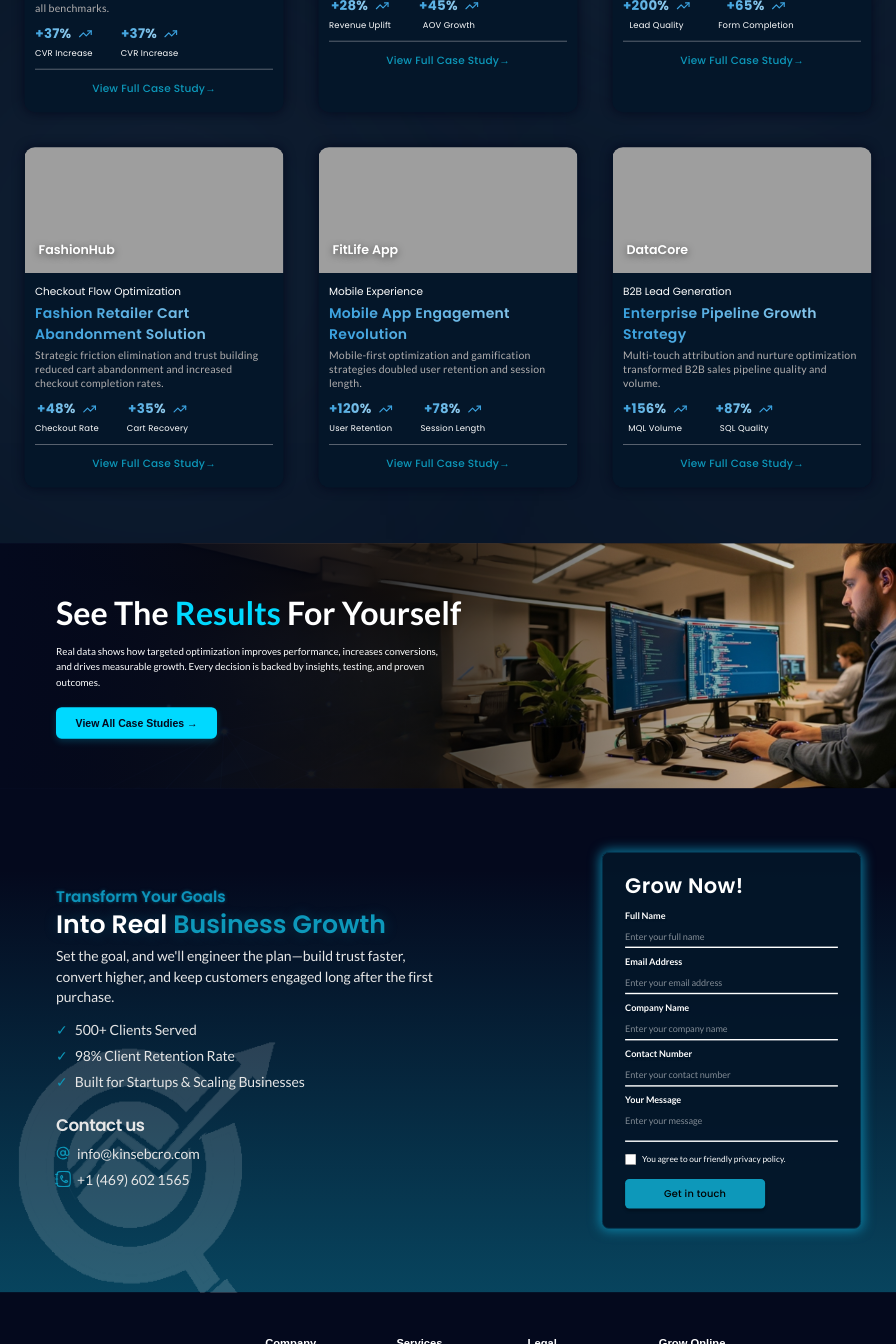
Repository: YahyaK01/Kinseb-cro
Page: /case-study
The author's editor kept a copy of each file at every save. The page is drawn from the files as they stood at one save, then again after the next save.
The browser window is 1280 px wide. The pictures show the part of the page from y = 1545 to 3465 px (the page is 3799 px tall), at 70% of full size.
Pictures or frames that could not be fetched are drawn as grey boxes. The project was rebuilt for these pictures with package versions that can differ from the ones it lists, and the page was loaded fresh each time. Also part of the build but not shown: src/components/FAQ.jsx, src/components/CTA.jsx, src/components/MetricsSection.jsx, src/components/WhyCROMatter.jsx, src/components/Processsection.jsx, src/components/Hero.jsx, src/components/marquee.jsx, src/components/CEO.jsx and 41 more.

Above is the page before, as saved 2025-12-15 12:08:38.

### public/index.html
<!DOCTYPE html>
<html lang="en">
  <head>
    <meta charset="utf-8" />
    <link rel="icon" href="/images/website-logo.png" />
    <meta name="viewport" content="width=device-width, initial-scale=1" />
    <meta name="theme-color" content="#000000" />
    <meta
      name="description"
      content="Kinseb CRO - Your trusted partner for Conversion Rate Optimization. We specialize in data-driven CRO strategies, A/B testing, user experience optimization, and conversion funnel analysis to maximize your website's performance and ROI."
    />
    <meta name="keywords" content="conversion rate optimization, CRO services, A/B testing, conversion funnel optimization, user experience optimization, website optimization, Kinseb CRO, landing page optimization, conversion strategy, increase conversions" />
    <meta name="author" content="Kinseb CRO" />
    <meta property="og:title" content="Kinseb CRO - Conversion Rate Optimization Experts" />
    <meta property="og:description" content="Your trusted partner for data-driven Conversion Rate Optimization. We help businesses maximize their website conversions through strategic testing and optimization." />
    <meta property="og:image" content="/images/website-logo.png" />
    <meta property="og:type" content="website" />
    <meta name="twitter:card" content="summary_large_image" />
    <meta name="twitter:title" content="Kinseb CRO - Conversion Rate Optimization Experts" />
    <meta name="twitter:description" content="Your trusted partner for data-driven Conversion Rate Optimization. Turn more visitors into customers with strategic testing and optimization." />
    <meta name="twitter:image" content="/images/logo.png" />
    <link rel="apple-touch-icon" href="/images/logo.png" />

    <!-- Preconnect to Google Fonts (speeds up font loading) -->
    <link rel="preconnect" href="https://fonts.googleapis.com">
    <link rel="preconnect" href="https://fonts.gstatic.com" crossorigin>

    <!-- Async load fonts (non-blocking - won't delay page render) -->
    <link rel="preload" as="style" href="https://fonts.googleapis.com/css2?family=Poppins:wght@300;400;500;600;700&display=swap" onload="this.onload=null;this.rel='stylesheet'">
    <link rel="preload" as="style" href="https://fonts.googleapis.com/css2?family=Lato:wght@100;300;400;700;900&display=swap" onload="this.onload=null;this.rel='stylesheet'">

    <!-- Fallback for browsers without JavaScript -->
    <noscript>
      <link rel="stylesheet" href="https://fonts.googleapis.com/css2?family=Poppins:wght@300;400;500;600;700&display=swap">
      <link rel="stylesheet" href="https://fonts.googleapis.com/css2?family=Lato:wght@100;300;400;700;900&display=swap">
    </noscript>

    <!--
      manifest.json provides metadata used when your web app is installed on a
      user's mobile device or desktop. See https://developers.google.com/web/fundamentals/web-app-manifest/
    -->
    <link rel="manifest" href="%PUBLIC_URL%/manifest.json" />
    <!--
      Notice the use of %PUBLIC_URL% in the tags above.
      It will be replaced with the URL of the `public` folder during the build.
      Only files inside the `public` folder can be referenced from the HTML.

      Unlike "/favicon.ico" or "favicon.ico", "%PUBLIC_URL%/favicon.ico" will
      work correctly both with client-side routing and a non-root public URL.
      Learn how to configure a non-root public URL by running `npm run build`.
    -->
    <title>Kinseb CRO - Conversion Rate Optimization Experts</title>
  </head>
  <body>
    <noscript>You need to enable JavaScript to run this app.</noscript>
    <div id="root"></div>
    <!--
      This HTML file is a template.
      If you open it directly in the browser, you will see an empty page.

      You can add webfonts, meta tags, or analytics to this file.
      The build step will place the bundled scripts into the <body> tag.

      To begin the development, run `npm start` or `yarn start`.
      To create a production bundle, use `npm run build` or `yarn build`.
    -->
  </body>
</html>

### src/components/CaseStudiesStats.jsx
import React, { useState, useEffect, useRef } from 'react';

const MetricsSection2 = () => {
  const [isVisible, setIsVisible] = useState(false);
  const [animatedValues, setAnimatedValues] = useState([0, 0, 0, 0]);
  const sectionRef = useRef(null);
  const hasAnimated = useRef(false);

  const metrics = [
    {
      icon: 'images/23.png',
      value: 250,
      prefix: '+',
      suffix: '%',
      label: 'Conversion Growth'
    },
    {
      icon: 'images/24.png',
      value: 60,
      prefix: '+',
      suffix: '%',
      label: 'Lead Generation'
    },
    {
      icon: 'images/25.png',
      value: 45,
      prefix: '+',
      suffix: '%',
      label: 'Reduced Drop-Off'
    },
    {
      icon: 'images/26.png',
      value: 12,
      prefix: '$',
      suffix: 'M+',
      label: 'Client Revenue'
    }
  ];

  useEffect(() => {
    const observer = new IntersectionObserver(
      (entries) => {
        entries.forEach((entry) => {
          if (entry.isIntersecting && !hasAnimated.current) {
            setIsVisible(true);
            hasAnimated.current = true;
            animateNumbers();
          }
        });
      },
      { threshold: 0.3 }
    );

    if (sectionRef.current) {
      observer.observe(sectionRef.current);
    }

    return () => {
      if (sectionRef.current) {
        observer.unobserve(sectionRef.current);
      }
    };
  }, []);

  const animateNumbers = () => {
    const duration = 2000;
    const steps = 60;
    const increment = duration / steps;

    metrics.forEach((metric, index) => {
      let currentStep = 0;
      const stepValue = metric.value / steps;

      const timer = setInterval(() => {
        currentStep++;
        const newValue = Math.min(
          Math.floor(stepValue * currentStep),
          metric.value
        );

        setAnimatedValues((prev) => {
          const newValues = [...prev];
          newValues[index] = newValue;
          return newValues;
        });

        if (currentStep >= steps) {
          clearInterval(timer);
        }
      }, increment);
    });
  };

  const containerStyle = {
    position: 'relative',
    display: 'flex',
    flexDirection: 'column',
    justifyContent: 'center',
    alignItems: 'center',
    padding: '50px 20px',
    minHeight: '200px',
    width: '100%',
    boxSizing: 'border-box',
    overflow: 'hidden'
  };

  const backgroundStyle = {
    position: 'absolute',
    top: 0,
    left: 0,
    right: 0,
    bottom: 0,
    backgroundColor: '#04091d',
    backgroundImage: 'linear-gradient(0deg, rgba(4, 9, 29, 0.9), rgba(4, 9, 29, 0.9)), url(images/27.jpg)',
    backgroundSize: 'cover',
    backgroundPosition: 'center',
    backgroundRepeat: 'no-repeat',
    zIndex: 0
  };

  const metricsContainerStyle = {
    position: 'relative',
    zIndex: 1,
    display: 'flex',
    flexDirection: 'row',
    flexWrap: 'wrap',
    alignItems: 'center',
    justifyContent: 'center',
    gap: '40px',
    maxWidth: '1200px',
    width: '100%',
    padding: '0 20px',
    boxSizing: 'border-box'
  };

  const metricItemStyle = {
    display: 'flex',
    flexDirection: 'row',
    justifyContent: 'center',
    alignItems: 'center',
    gap: '15px',
    minWidth: '200px',
    opacity: isVisible ? 1 : 0,
    transform: isVisible ? 'translateY(0)' : 'translateY(20px)',
    transition: 'all 0.8s ease-out',
    flex: '1 1 auto'
  };

  const iconStyle = {
    width: '80px',
    height: '80px',
    borderRadius: '10px',
    objectFit: 'contain',
    flexShrink: 0,
    boxShadow: 'none',
    backgroundColor: 'transparent'
  };

  const textContainerStyle = {
    display: 'flex',
    flexDirection: 'column',
    justifyContent: 'center',
    alignItems: 'flex-start',
    gap: '5px'
  };

  const valueStyle = {
    fontFamily: "'Poppins', sans-serif",
    fontWeight: 600,
    fontSize: '40px',
    lineHeight: '1.2',
    letterSpacing: '-0.03em',
    textTransform: 'capitalize',
    color: '#FFFFFF',
    margin: 0,
    animation: isVisible ? 'fadeInUp 1s ease-out' : 'none'
  };

  const labelStyle = {
    fontFamily: "'Lato', sans-serif",
    fontWeight: 600,
    fontSize: '18px',
    lineHeight: '1.2',
    color: '#FFFFFF',
    margin: 0,
    whiteSpace: 'nowrap',
    animation: isVisible ? 'fadeInUp 1.2s ease-out' : 'none'
  };

  const styleSheet = document.styleSheets[0];
  const keyframes = `
    @keyframes fadeInUp {
      from {
        opacity: 0;
        transform: translateY(20px);
      }
      to {
        opacity: 1;
        transform: translateY(0);
      }
    }
  `;

  useEffect(() => {
    // Add dark background to body
    document.body.style.backgroundColor = '#04091d';

    try {
      styleSheet.insertRule(keyframes, styleSheet.cssRules.length);
    } catch (e) {
      // Rule might already exist
    }
  }, []);

  const getResponsiveStyles = () => {
    const width = window.innerWidth;

    if (width <= 768) {
      return {
        value: { ...valueStyle, fontSize: '32px' },
        label: { ...labelStyle, fontSize: '16px' },
        icon: { ...iconStyle, width: '60px', height: '60px' },
        gap: '50px',
        itemGap: '12px'
      };
    } else if (width <= 1024) {
      return {
        value: { ...valueStyle, fontSize: '36px' },
        label: { ...labelStyle, fontSize: '17px' },
        icon: { ...iconStyle, width: '70px', height: '70px' },
        gap: '30px',
        itemGap: '13px'
      };
    }

    return {
      value: valueStyle,
      label: labelStyle,
      icon: iconStyle,
      gap: '40px',
      itemGap: '15px'
    };
  };

  const [responsiveStyles, setResponsiveStyles] = useState(getResponsiveStyles());

  useEffect(() => {
    const handleResize = () => {
      setResponsiveStyles(getResponsiveStyles());
    };

    window.addEventListener('resize', handleResize);
    return () => window.removeEventListener('resize', handleResize);
  }, []);

  return (
    <div ref={sectionRef} style={containerStyle}>
      <div style={backgroundStyle} />
      <div style={{ ...metricsContainerStyle, gap: responsiveStyles.gap }}>
        {metrics.map((metric, index) => (
          <div
            key={index}
            style={{
              ...metricItemStyle,
              transitionDelay: `${index * 0.15}s`,
              gap: responsiveStyles.itemGap
            }}
          >

              <img
              src={metric.icon}
              alt={metric.label}
              style={{
                ...responsiveStyles.icon,
                boxShadow: 'none',
                backgroundColor: 'transparent'
              }}
              onError={(e) => {
                e.target.style.display = 'none';
              }}
            />

            <div style={textContainerStyle}>
              <h2 style={responsiveStyles.value}>
                {metric.prefix}
                {animatedValues[index]}
                {metric.suffix}
              </h2>
              <p style={responsiveStyles.label}>{metric.label}</p>
            </div>
          </div>
        ))}
      </div>
    </div>
  );
};

export default MetricsSection2;

### src/components/CaseStudiesCta.jsx
import { useState, useEffect, useRef } from 'react';

export default function CTASection() {
  const [isVisible, setIsVisible] = useState(false);
  const [isHovered, setIsHovered] = useState(false);
  const [isLoaded, setIsLoaded] = useState(false);
  const componentRef = useRef(null);

  // Detect screen size
  const [isSmallMobile, setIsSmallMobile] = useState(false);
  const [isMediumMobile, setIsMediumMobile] = useState(false);
  const [isTablet, setIsTablet] = useState(false);

  useEffect(() => {
    setIsVisible(true);
  }, []);

  // Handle resize and reset animation if needed
  useEffect(() => {
    const handleResize = () => {
      const newIsSmallMobile = window.innerWidth < 400;
      const newIsMediumMobile = window.innerWidth >= 400 && window.innerWidth < 768;
      const newIsTablet = window.innerWidth >= 768 && window.innerWidth < 1024;

      // Check if screen size category changed
      const sizeChanged =
        newIsSmallMobile !== isSmallMobile ||
        newIsMediumMobile !== isMediumMobile ||
        newIsTablet !== isTablet;

      setIsSmallMobile(newIsSmallMobile);
      setIsMediumMobile(newIsMediumMobile);
      setIsTablet(newIsTablet);

      // Optionally reset animation on significant resize
      if (sizeChanged && isLoaded) {
        setIsLoaded(false);
        setTimeout(() => setIsLoaded(true), 50);
      }
    };

    handleResize();
    window.addEventListener('resize', handleResize);
    return () => window.removeEventListener('resize', handleResize);
  }, [isSmallMobile, isMediumMobile, isTablet, isLoaded]);

  // Intersection Observer for load animation
  useEffect(() => {
    const observer = new IntersectionObserver(
      (entries) => {
        entries.forEach((entry) => {
          if (entry.isIntersecting && !isLoaded) {
            setIsLoaded(true);
          }
        });
      },
      {
        threshold: 0.1,
      }
    );

    if (componentRef.current) {
      observer.observe(componentRef.current);
    }

    return () => {
      if (componentRef.current) {
        observer.unobserve(componentRef.current);
      }
    };
  }, [isLoaded]);

  const handleNavigation = () => {
    window.location.href = '/case-studies';
  };

  const casestudiesctaContainerStyle = {
    position: 'relative',
    width: '100%',
    height: isSmallMobile ? '280px' : isMediumMobile ? '300px' : isTablet ? '320px' : '350px',
    backgroundImage: 'linear-gradient(90deg, #04091D 0%, rgba(0, 0, 0, 0.7) 50%, rgba(0, 0, 0, 0) 100%), url(/images/32.png)',
    backgroundSize: 'cover',
    backgroundPosition: 'center',
    backgroundRepeat: 'no-repeat',
    display: 'flex',
    alignItems: 'center',
    padding: isSmallMobile || isMediumMobile ? '0 15px' : '0 20px',
    overflow: 'hidden'
  };

  const casestudiesctaContentStyle = {
    maxWidth: '1200px',
    margin: '0',
    marginLeft: isSmallMobile || isMediumMobile ? '10px' : '20px',
    width: '100%',
    padding: isSmallMobile || isMediumMobile ? '0 0px' : isTablet ? '0 0px' : '0 40px'
  };

  const casestudiesctaHeadingStyle = {
    fontSize: isSmallMobile ? '25px' : isMediumMobile ? '28px' : isTablet ? '35px' : '46px',
    fontWeight: '700',
    color: '#FFFFFF',
    marginBottom: isSmallMobile || isMediumMobile ? '12px' : '16px',
    lineHeight: '1.2',
    whiteSpace: isSmallMobile || isMediumMobile ? 'normal' : 'nowrap',
    opacity: isLoaded ? 1 : 0,
    transform: isLoaded ? 'translateY(0)' : 'translateY(-20px)',
    transition: 'opacity 0.8s ease-out, transform 0.8s ease-out'
  };

  const casestudiesctaHighlightStyle = {
    color: '#00D9FF',
    fontWeight: '700'
  };

  const casestudiesctaParagraphStyle = {
    fontSize: isSmallMobile ? '11px' : isMediumMobile ? '12px' : isTablet ? '12px' : '14px',
    color: '#FFFFFF',
    lineHeight: '1.6',
    marginBottom: isSmallMobile || isMediumMobile ? '16px' : '24px',
    maxWidth: isSmallMobile ? '89%' : isMediumMobile ? '350px' : isTablet ? '430px' : '570px',
    opacity: isLoaded ? 1 : 0,
    transform: isLoaded ? 'translateY(0)' : 'translateY(-20px)',
    transition: 'opacity 0.8s ease-out 0.2s, transform 0.8s ease-out 0.2s'
  };

  const casestudiesctaButtonStyle = {
    display: 'inline-block',
    padding: isSmallMobile ? '10px 20px' : isMediumMobile ? '11px 22px' : isTablet ? '12px 24px' : '14px 28px',
    backgroundColor: '#00D9FF',
    color: '#04091D',
    fontSize: isSmallMobile ? '11px' : isMediumMobile ? '12px' : isTablet ? '13px' : '15px',
    fontWeight: '600',
    border: 'none',
    borderRadius: '8px',
    cursor: 'pointer',
    textDecoration: 'none',
    transition: 'all 0.3s ease',
    opacity: isLoaded ? 1 : 0,
    transform: isLoaded ? 'translateY(0)' : 'translateY(30px)',
    transitionDelay: '0.4s'
  };

  const casestudiesctaButtonHoverStyle = {
    ...casestudiesctaButtonStyle,
    backgroundColor: isHovered ? '#00B8D4' : '#00D9FF',
    transform: isHovered
      ? (isLoaded ? 'translateY(-2px) scale(1.02)' : 'translateY(30px)')
      : (isLoaded ? 'translateY(0) scale(1)' : 'translateY(30px)'),
    boxShadow: isHovered ? '0 8px 20px rgba(0, 217, 255, 0.3)' : '0 4px 10px rgba(0, 217, 255, 0.2)'
  };

  return (
    <div ref={componentRef} className="casestudiescta-wrapper" style={casestudiesctaContainerStyle}>
      <div className="casestudiescta-content" style={casestudiesctaContentStyle}>
        <h1 className="casestudiescta-heading" style={casestudiesctaHeadingStyle}>
          See The <span className="casestudiescta-highlight" style={casestudiesctaHighlightStyle}>Results</span> For Yourself
        </h1>
        <p className="casestudiescta-paragraph" style={casestudiesctaParagraphStyle}>
          Real data shows how targeted optimization improves performance, increases conversions, and drives measurable growth. Every decision is backed by insights, testing, and proven outcomes.
        </p>
        <button
          className="casestudiescta-button"
          style={casestudiesctaButtonHoverStyle}
          onMouseEnter={() => setIsHovered(true)}
          onMouseLeave={() => setIsHovered(false)}
          onClick={handleNavigation}
        >
          View All Case Studies →
        </button>
      </div>
    </div>
  );
}

Loaded but not shown: src/index.js (common file); src/index.css (common file); src/reportWebVitals.js (common file); src/App.js (29 lines, source omitted); src/utils/slugify.js (17 lines, source omitted); src/Pages/CaseStudyPage.js (19 lines, source omitted); src/components/ContactForm.jsx (880 lines, source omitted); src/components/Navbar.jsx (1029 lines, source omitted); src/components/Footer.jsx (596 lines, source omitted); src/components/CaaseStudiesServices.jsx (429 lines, source omitted); src/components/casestudieshero.jsx (294 lines, source omitted)

After the next save:
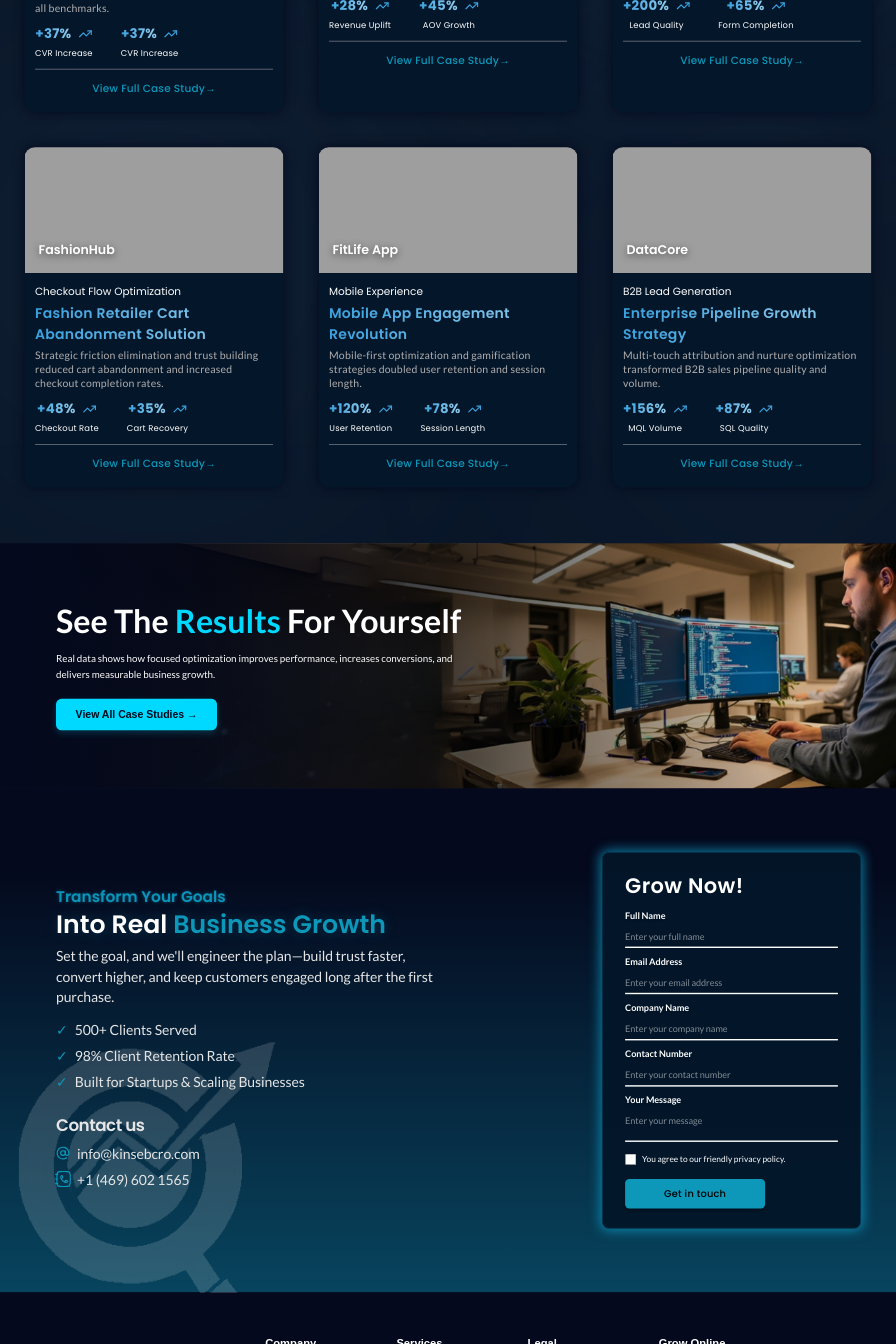
Saved 12 s later.
--- a/src/components/CaseStudiesCta.jsx
+++ b/src/components/CaseStudiesCta.jsx
@@ -157,7 +157,7 @@
           See The <span className="casestudiescta-highlight" style={casestudiesctaHighlightStyle}>Results</span> For Yourself
         </h1>
         <p className="casestudiescta-paragraph" style={casestudiesctaParagraphStyle}>
-          Real data shows how targeted optimization improves performance, increases conversions, and drives measurable growth. Every decision is backed by insights, testing, and proven outcomes.
+          Real data shows how focused optimization improves performance, increases conversions, and delivers measurable business growth.
         </p>
         <button
           className="casestudiescta-button"
